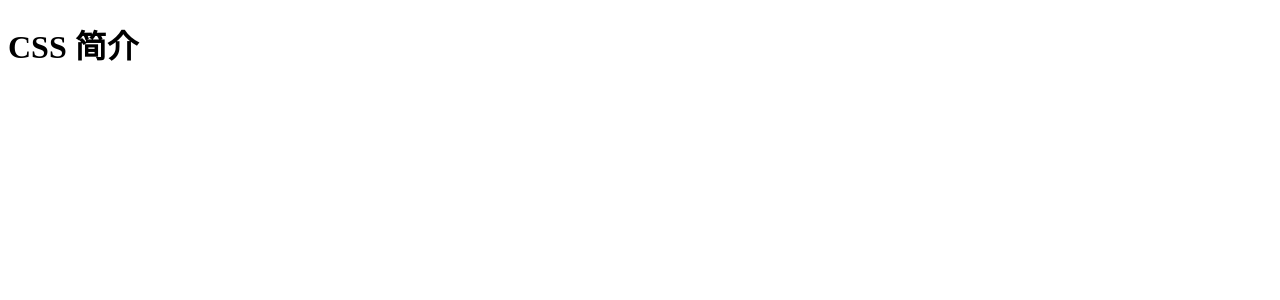
Repository: liang-n/front-end-basics
Page: 11-CSS简介.html
The author's editor kept a copy of each file at every save. The page is drawn from the files as they stood at one save, then again after a run of saves.
The browser window is 1280 px wide. The pictures show the whole page.

Above is the page before, as saved 2022-05-15 20:33:16.

After the next 3 saves:
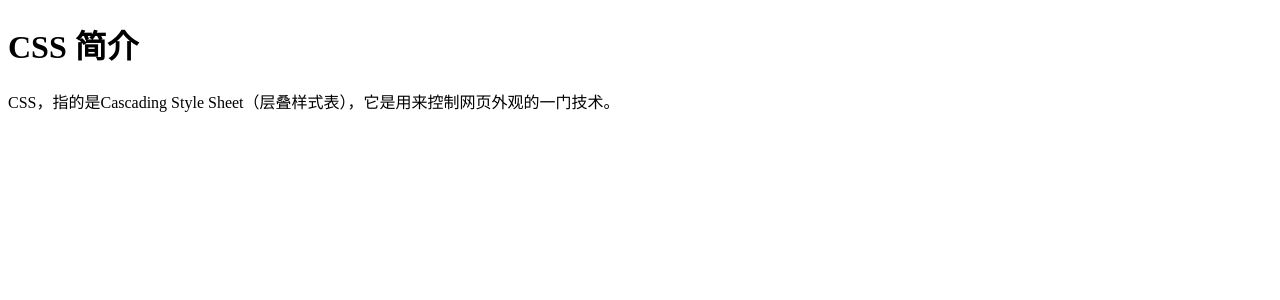
The 3 saves are shown as one change because they came seconds apart.
The last was saved 12 s later.
--- a/11-CSS简介.html
+++ b/11-CSS简介.html
@@ -6,6 +6,7 @@
 <body>
     <h1>CSS 简介</h1>
 
-
+    <p>CSS，指的是Cascading Style Sheet（层叠样式表），它是用来控制网页外观的一门技术。</p>
+    <p></p>
 </body>
 </html>
